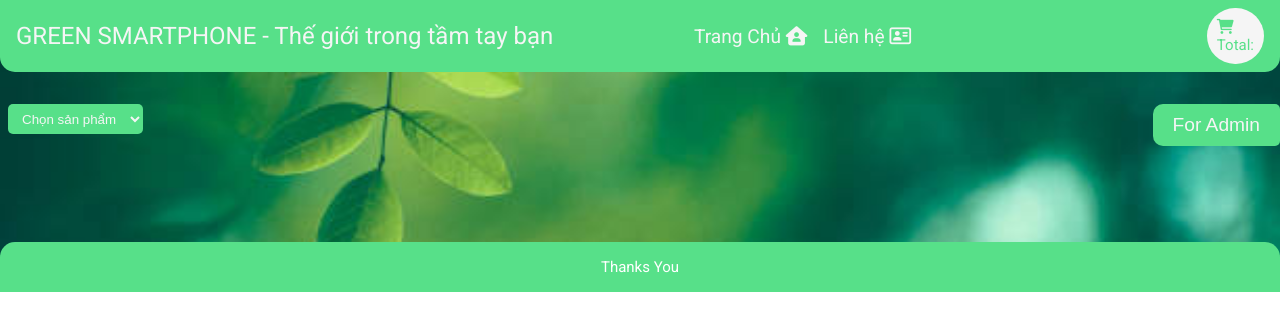
Repository: NguyenVietPhuQuy/Project2
Page: HKShop/index.html
These files come from the project's save history. The page is drawn as it stood at one moment and after the next save; the edit follows.
The browser window is 1280 px wide. The pictures show the whole page.
The page's requests for data from a server got no answer. Some web libraries are served in a nearby version.

Above is the page before, as saved 2022-11-02 20:06:49.

After the next save:
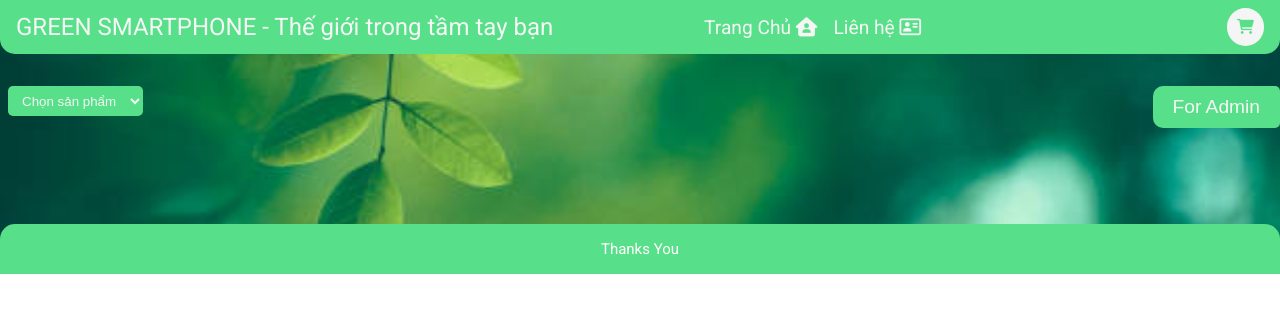
Console error: SyntaxError: Unexpected token ','
Saved 19 s later.
--- a/HKShop/Js/Main/index.js
+++ b/HKShop/Js/Main/index.js
@@ -162,8 +162,8 @@
          totalItem += item.quantity;
     });
     console.log(totalPrice)
-    document.getElementById("priceTotal").innerHTML = '$' + totalPrice;
-    document.getElementById('totalItem').innerHTML ="Total:", totalItem;
+    document.getElementById("priceTotal").innerHTML = "Total:",'$' + totalPrice;
+    document.getElementById('totalItem').innerHTML =, totalItem;
 }
 
 window.addToCart = addToCart;

After the save that followed:
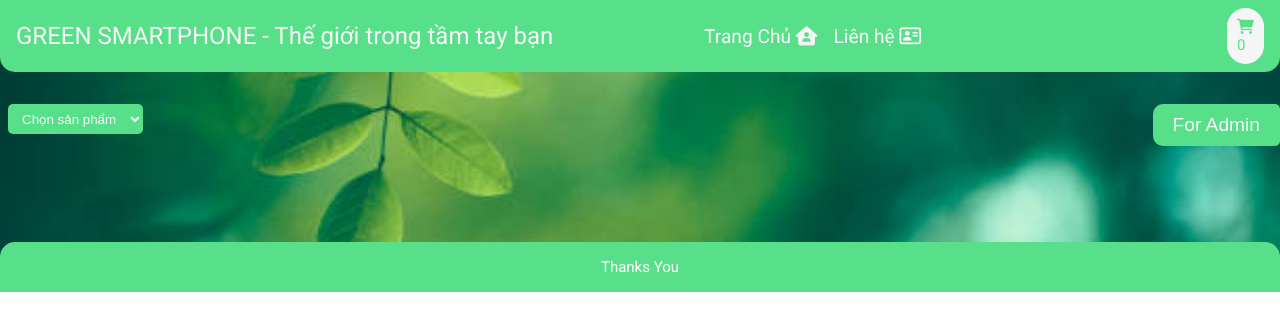
The error is gone.
Saved 8 s later.
--- a/HKShop/Js/Main/index.js
+++ b/HKShop/Js/Main/index.js
@@ -163,7 +163,7 @@
     });
     console.log(totalPrice)
     document.getElementById("priceTotal").innerHTML = "Total:",'$' + totalPrice;
-    document.getElementById('totalItem').innerHTML =, totalItem;
+    document.getElementById('totalItem').innerHTML = totalItem;
 }
 
 window.addToCart = addToCart;
